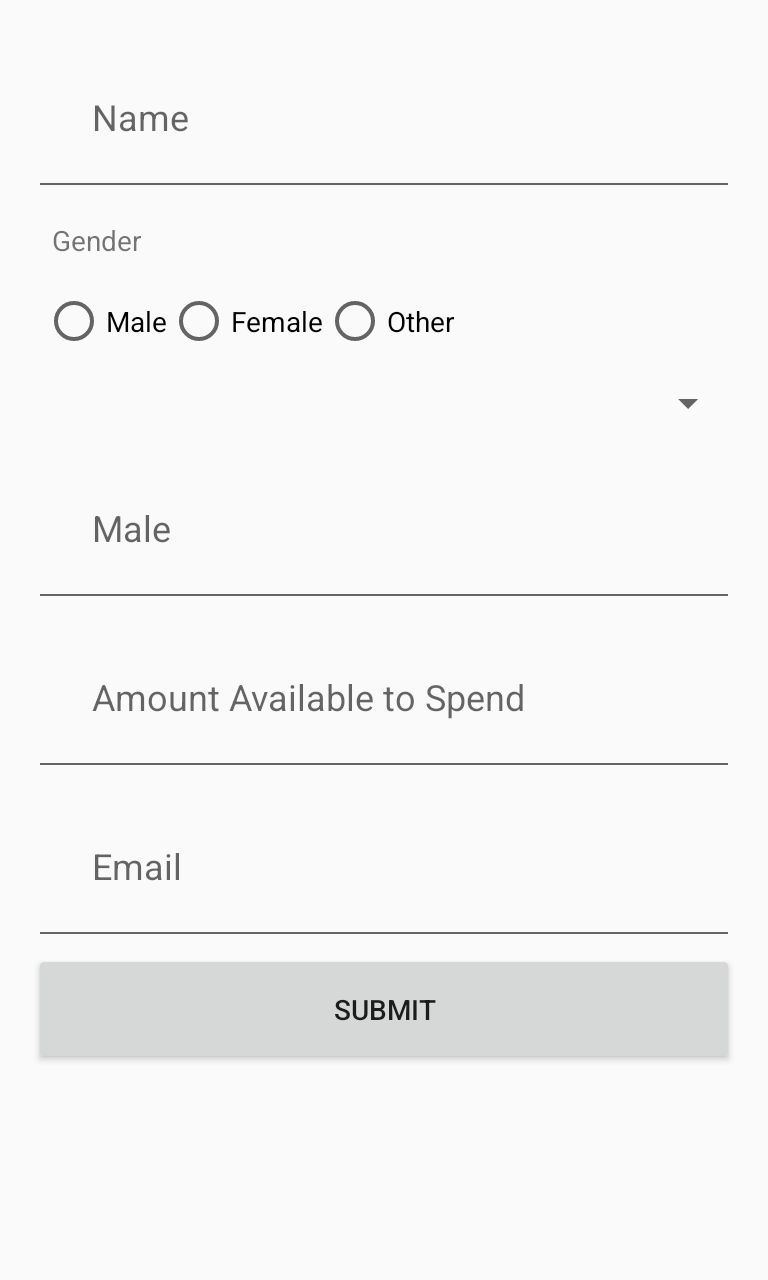
Repository: ThatCrazyIrishGuy/guiAndroidAssignment
Layout: ShoppingList/res/layout/activity_user_detail_form.xml
An editor plug-in stored every save of this project. The layout is shown before and after the next save, followed by the edit.
It is drawn on a 768 x 1280 px phone screen (xhdpi) without system bars, with theme AppTheme; the app's code is not run.

Above is the layout before, as saved 2014-11-08 19:11:36.

After the next save:
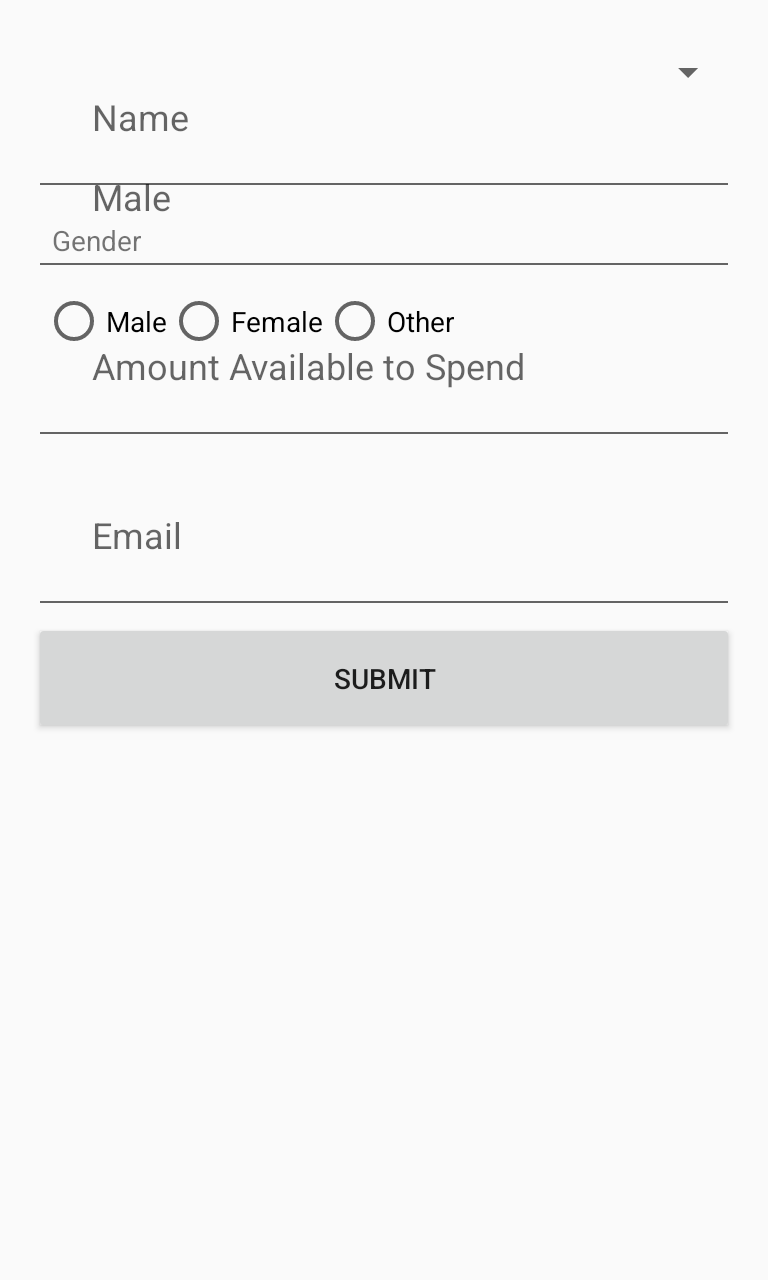
Saved 84 s later.
--- a/ShoppingList/res/layout/activity_user_detail_form.xml
+++ b/ShoppingList/res/layout/activity_user_detail_form.xml
@@ -48,7 +48,7 @@
 
 	<Spinner
     	android:id="@+id/job"
-    	android:layout_below="@+id/gender"
+    	android:layout_below="@+id/other"
     	android:layout_width="fill_parent"
     	android:layout_height="wrap_content"
  		android:padding="20dp"

After the save that followed:
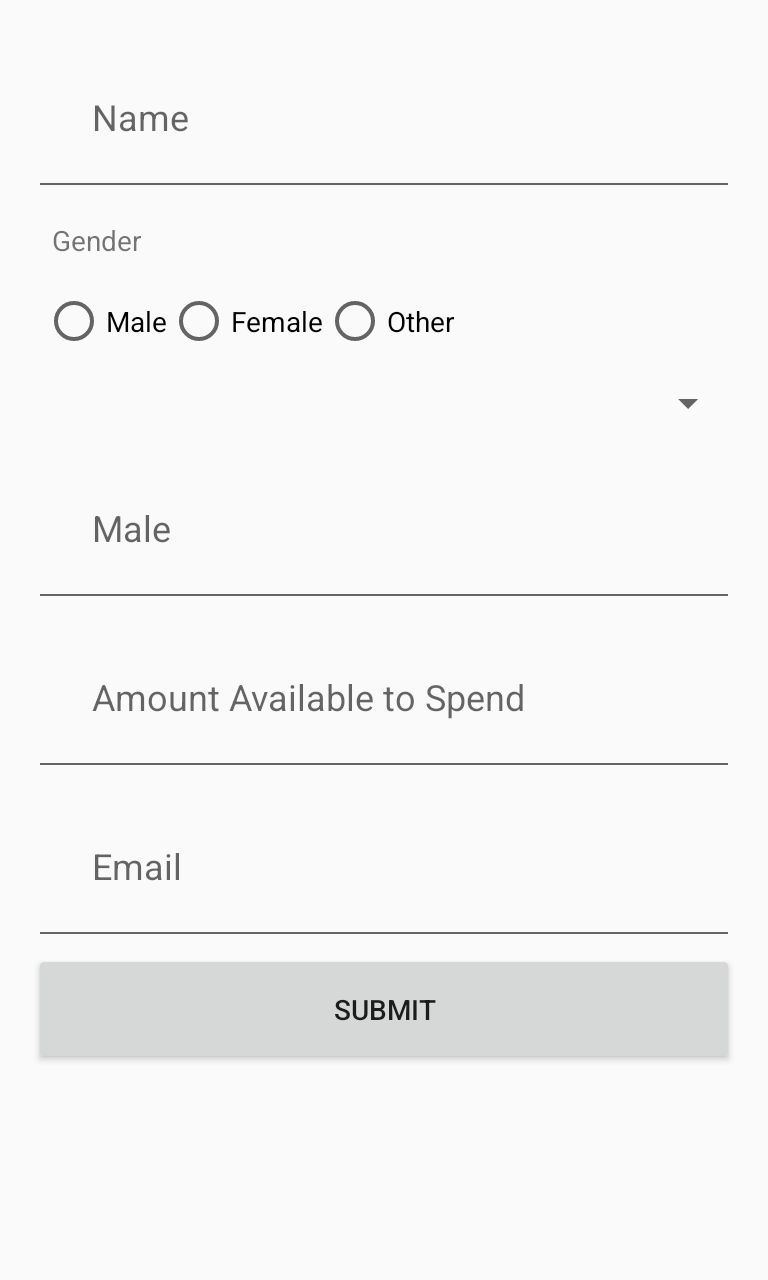
Saved 16 s later.
--- a/ShoppingList/res/layout/activity_user_detail_form.xml
+++ b/ShoppingList/res/layout/activity_user_detail_form.xml
@@ -48,7 +48,7 @@
 
 	<Spinner
     	android:id="@+id/job"
-    	android:layout_below="@+id/other"
+    	android:layout_below="@+id/gender"
     	android:layout_width="fill_parent"
     	android:layout_height="wrap_content"
  		android:padding="20dp"
